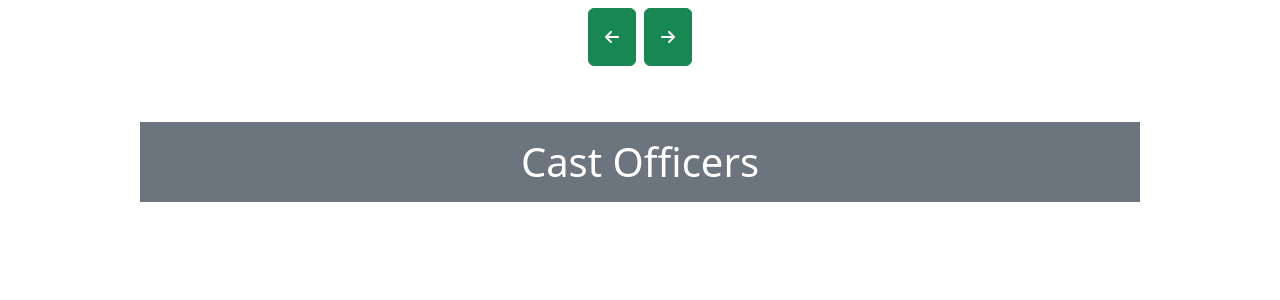
Repository: FRANZSAIJEM/livewire
Page: /second
An editor plug-in stored every save of this project. The page is shown before and after a run of saves, followed by the edit.
The browser window is 1280 px wide. The pictures show the whole page.
The page's requests for data from a server got no answer. Some web libraries are served in a nearby version. The project was rebuilt for these pictures with package versions that can differ from the ones it lists, and the page was loaded fresh each time. No one was signed in, and anything a server would have sent is missing. Also part of the build but not shown: vite.config.ts.

Above is the page before, as saved 2023-02-18 08:02:24.

After the next 2 saves:
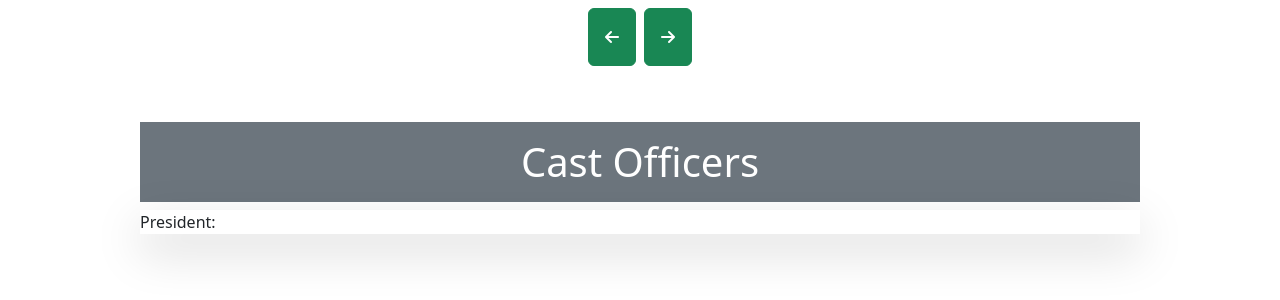
The 2 saves are shown as one change because they came seconds apart.
The last was saved 9 s later.
--- a/src/views/SecondPageView.vue
+++ b/src/views/SecondPageView.vue
@@ -34,7 +34,9 @@
               <button @click="addAttendance()" class="btn btn-success"><i class="fa fa-person"></i> Add</button> -->
 
 
-            <label for="" ></label>
+            <label for="" class="form-lable">
+              President:
+            </label>
             </div>
           </form>
 
